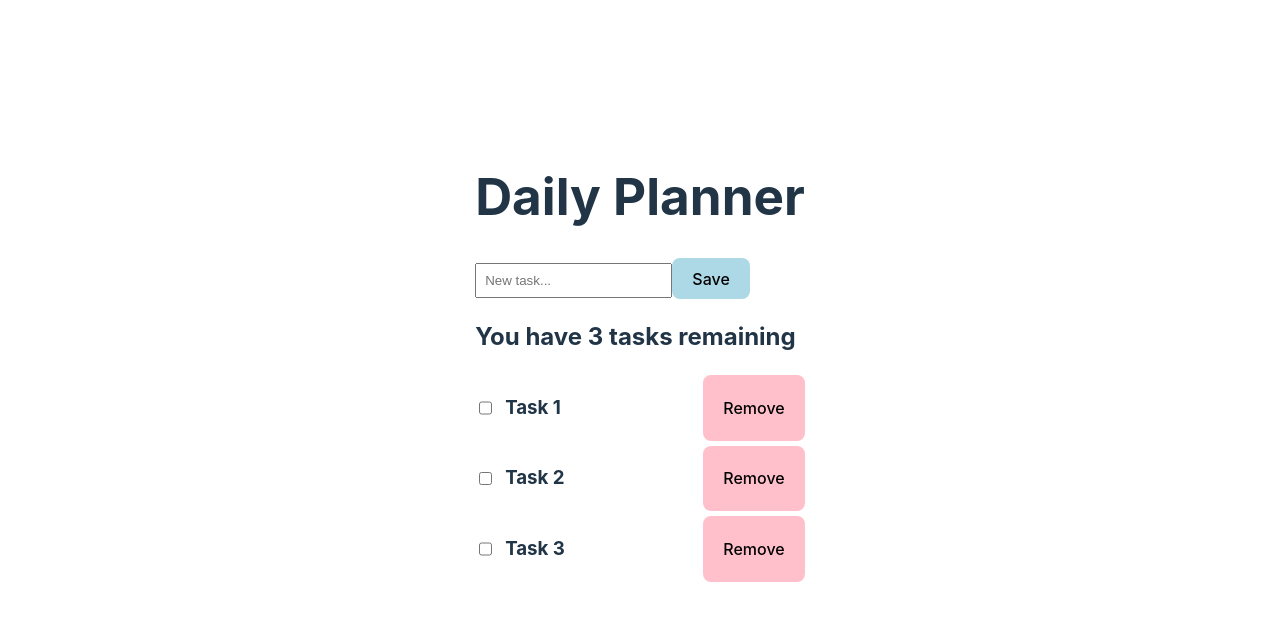
Repository: Vanessahyc/COMP3170_Week6_Lab4
Page: /
These files come from the project's save history. The page is drawn as it stood at one moment and after the next save; the edit follows.
The browser window is 1280 px wide. The pictures show the whole page.
The project was rebuilt for these pictures with package versions that can differ from the ones it lists, and the page was loaded fresh each time. Also part of the build but not shown: vite.config.js.

Above is the page before, as saved 2024-10-20 00:24:23.

### src/App.jsx
import { useState } from 'react';
// import reactLogo from './assets/react.svg'
// import viteLogo from '/vite.svg'
import './App.css';
import TaskList from './components/TaskList';
import { initialTasksList } from './data/initialTasksList';


function App() {
  const [preTaskList, setPreTaskList] = useState(initialTasksList);

  const [newTask, setNewTask] = useState('');

  const handleInputChange = (e) => {setNewTask(e.target.value);};

  const handleSave = (e) => {
    e.preventDefault();
    if (newTask.trim()) {
      const newTaskDefault = {id: preTaskList.length ? preTaskList[preTaskList.length - 1].id + 1 : 1, task: newTask, completed: false};
      setPreTaskList([...preTaskList, newTaskDefault]);
      setNewTask('');
    }
  };

  const handleRemove = (taskId) => {
    setPreTaskList(prevTasksStatus => prevTasksStatus.filter(task => task.id !== taskId));
  };

  const handleToggleCheckbox = (taskId) => {
    setPreTaskList(prevTasksStatus => prevTasksStatus.map(task => task.id === taskId ? { ...task, completed: !task.completed } : task ));
  };

  return (
    <>
      <header>
        <h1>Daily Planner</h1>
      </header>
      <form onSubmit={handleSave}>
        <input type='text' className='input_box' placeholder='New task...' value={newTask} onChange={handleInputChange}/>
        <button type='submit'className='save_btn'>Save</button>
      </form>
      <TaskList taskRemain={preTaskList} onRemove={handleRemove} onToggle={handleToggleCheckbox} />
    </>
  )
}

export default App

### src/App.css
#root {
  max-width: 1280px;
  margin: 0 auto;
  padding: 2rem;
}

.logo {
  height: 6em;
  padding: 1.5em;
  will-change: filter;
  transition: filter 300ms;
}
.logo:hover {
  filter: drop-shadow(0 0 2em #646cffaa);
}
.logo.react:hover {
  filter: drop-shadow(0 0 2em #61dafbaa);
}

@keyframes logo-spin {
  from {
    transform: rotate(0deg);
  }
  to {
    transform: rotate(360deg);
  }
}

@media (prefers-reduced-motion: no-preference) {
  a:nth-of-type(2) .logo {
    animation: logo-spin infinite 20s linear;
  }
}

.card {
  padding: 2em;
}

.read-the-docs {
  color: #888;
}

.task {
  list-style: none;
  display: flex;
  justify-content: space-between;
  margin-bottom: 5px;
}

.task_title {
  display: flex;
  gap: 10px;
}

.input_box {
  padding: 8px;
}

.save_btn {
  background-color: lightblue;
}

.remove_btn {
  background-color: pink;
}

### src/components/TaskList.jsx
export default function TaskList({ taskRemain, onRemove, onToggle }) {

  const tasksNum = taskRemain.filter(task => !task.completed).length;


  const taskList = taskRemain.map((tasksItem) => (
    <div key={tasksItem.id} className="task">
      <div className="task_title">
        <input type="checkbox" checked={tasksItem.completed} onChange={() => onToggle(tasksItem.id)} />
        <h3>{tasksItem.task}</h3>
      </div>
      <button className="remove_btn" onClick={() => onRemove(tasksItem.id)}>Remove</button>
    </div>
  ));

  return (
    <>
      <h2>You have {tasksNum} tasks remaining</h2>
      <div className="tasklist_container">
        {taskList}
      </div>
    </>
  );
}

### src/data/initialTasksList.js
export const initialTasksList = [
    {
      id: 1,
      task: 'Task 1',
      completed: false
    },
    {
      id: 2,
      task: 'Task 2',
      completed: false
    },
    { id: 3,
      task: 'Task 3',
      completed: false
    }
  ];

Loaded but not shown: index.html (common file); src/main.jsx (common file); src/index.css (common file)

After the next save:
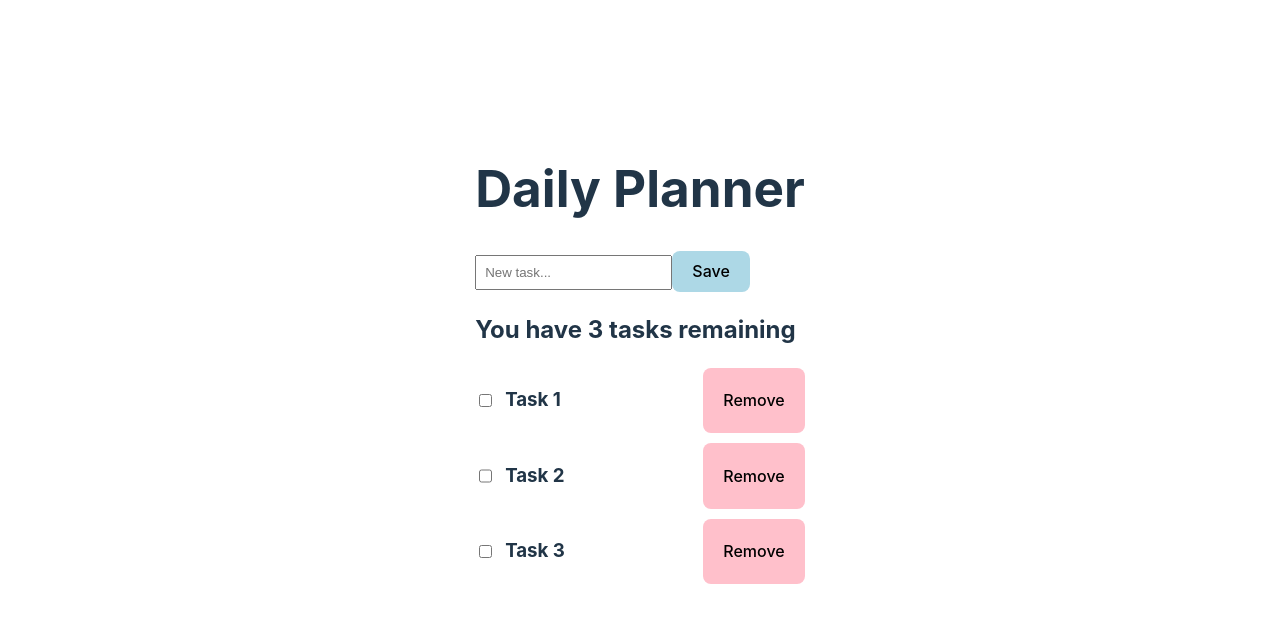
Saved 10 s later.
--- a/src/App.css
+++ b/src/App.css
@@ -44,7 +44,7 @@
   list-style: none;
   display: flex;
   justify-content: space-between;
-  margin-bottom: 5px;
+  margin-bottom: 10px;
 }
 
 .task_title {
